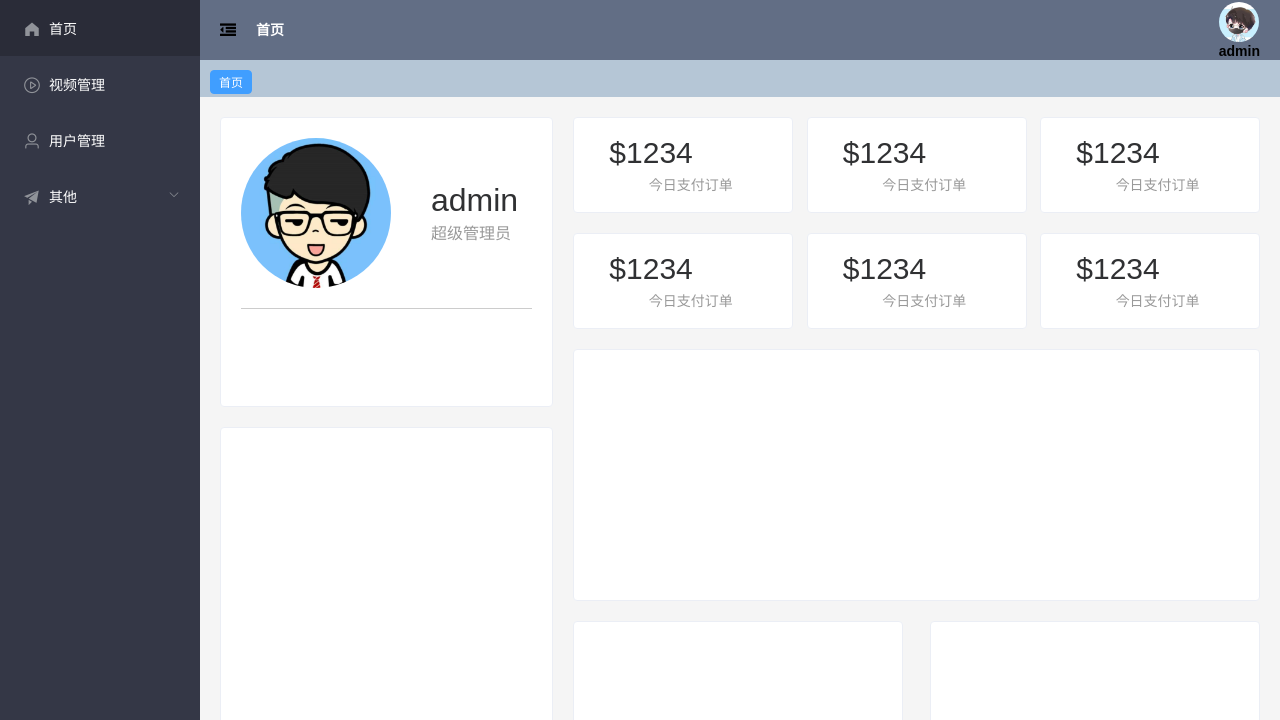
Repository: coWhy/vue-manage
Page: /
The author's editor kept a copy of each file at every save. The page is drawn from the files as they stood at one save, then again after the next save.
The browser window is 1280 px wide. The pictures show the whole page.
An inner scrolling area shows only its first screen. The project was rebuilt for these pictures with package versions that can differ from the ones it lists, and the page was loaded fresh each time. Also part of the build but not shown: vue.config.js.

Above is the page before, as saved 2020-04-13 23:26:04.

### src/main.js
import Vue from 'vue'
import App from './App.vue'
import router from './router'
import store from './store'
// 全局配置样式
import '@/assets/scss/reset.scss'
import '@/assets/font-awesome-4.7.0/css/font-awesome.css'
// 第三方包
import ElementUI from 'element-ui'
import 'element-ui/lib/theme-chalk/index.css'
// 自定义全局插件
import http from '@/plugins/http' // 自定义全局axios
// 引入Mock 主要是用于前端模拟使用 使用时 记得注释掉
import './mock'

Vue.config.productionTip = false
Vue.use(http)
console.log(
  `当前所处开发环境:【${process.env.NODE_ENV}】| 路由为: 【${process.env.VUE_APP_URL}】`
)
Vue.use(ElementUI)
new Vue({
  router,
  store,
  render: h => h(App)
}).$mount('#app')

### src/App.vue
<template>
  <div id="app">
    <router-view />
  </div>
</template>

<style lang="scss">
#app {
  // color: $theme-color;
  height: 100vh;
}
</style>

### src/router/index.js
import Vue from 'vue'
import VueRouter from 'vue-router'
//
const originalPush = VueRouter.prototype.push
VueRouter.prototype.push = function push(location) {
  return originalPush.call(this, location).catch(err => err)
}
Vue.use(VueRouter)

const routes = [
  {
    path: '/',
    component: () => import('@/views/layout/index'),
    children: [
      {
        path: '/',
        name: 'home',
        component: () => import('@/views/home/index')
      },
      {
        path: '/video',
        name: 'video',
        component: () => import('@/views/video/index')
      },
      {
        path: '/user',
        name: 'user',
        component: () => import('@/views/user/index')
      },
      {
        path: '/page1',
        name: 'page1',
        component: () => import('@/views/other/page1')
      },
      {
        path: '/page2',
        name: 'page2',
        component: () => import('@/views/other/page2')
      }
    ]
  }
]

const router = new VueRouter({
  routes
})

export default router

### src/store/index.js
import Vue from 'vue'
import Vuex from 'vuex'
import tag from './modules/tag'
Vue.use(Vuex)

export default new Vuex.Store({
  state: {},
  mutations: {},
  actions: {},
  modules: {
    tag
  }
})

### src/plugins/http.js
// 自定义开发插件
import axios from 'axios'

const MyHttpServer = {}

MyHttpServer.install = Vue => {
  // 基准地址
  // axios.defaults.baseURL = process.env.VUE_APP_URL
  const service = axios.create({
    baseURL: process.env.VUE_APP_URL, //请求基础url
    timeout: 3000 //  请求超时时间
  })
  // 添加请求拦截器 token拦截
  service.interceptors.request.use(
    config => {
      return config
    },
    err => {
      console.log(err)
    }
  )
  // 响应拦截器
  service.interceptors.response.use(
    response => {
      let res = {}
      //  此处对不同状态码 进行不同的操作 比如404 跳转页面等
      res.status = response.status
      res.data = response.data
      return res
    },
    err => {
      console.log(err)
    }
  )
  Vue.prototype.$http = axios
}
export default MyHttpServer

### src/mock/index.js
import Mock from 'mockjs'
import homeApi from './home'
Mock.setup({
  timeout: '200-2000' // 设置延时 [200 - 2000ms]
})
// 首页相关
// 拦截 /home/getData
Mock.mock('/home/getData', 'get', homeApi.getHomeData) // /\/home\/getData/.

### src/assets/scss/_variable.scss
// 全局配置样式 修改主题颜色
$theme-color: #33aef0;

### src/views/layout/index.vue
<template>
  <el-container class="container">
    <!-- 左侧菜单栏 -->
    <el-aside width="auto">
      <common-aside></common-aside>
    </el-aside>
    <el-container>
      <!-- 头部 -->
      <el-header class="header">
        <common-header></common-header>
      </el-header>
      <!-- Tab标签 -->
      <common-tag class="tag"></common-tag>
      <!-- 主体 -->
      <el-main>
        <router-view></router-view>
      </el-main>
    </el-container>
  </el-container>
</template>

<script>
import CommonAside from './components/aside/index'
import CommonHeader from './components/header/index'
import CommonTag from './components/tag/index'
export default {
  components: {
    CommonAside,
    CommonHeader,
    CommonTag
  }
}
</script>

<style lang="scss" scoped>
.container {
  height: 100%;
}
.header {
  background-color: #626e85; // 头部背景色
  width: 100%;
}
.main {
  padding-top: 0;
}
</style>

### src/views/home/index.vue
<template>
  <el-row class="home" :gutter="20">
    <!-- 左侧 -->
    <el-col :span="8">
      <!-- 用户信息描述 -->
      <el-card shadow="hover" style="height:290px">
        <!-- 头像部分 -->
        <div class="user">
          <img :src="userInfo.avatar" />
          <div class="userinfo">
            <p class="name">{{ userInfo.username }}</p>
            <p class="access">{{ userInfo.access }}</p>
          </div>
        </div>
        <!-- 登录后的相关信息描述 如ip 等-->
        <div class="login-info"></div>
      </el-card>
      <el-card shadow="hover" style="height:438px;margin-top:20px"> </el-card>
    </el-col>
    <!-- 右侧 -->
    <el-col :span="16">
      <!-- 顶部  -->
      <div class="num">
        <el-card shadow="hover" v-for="item in 6" :key="item">
          <!-- 图标部分 -->
          <i class="icon"></i>
          <!-- 详情部分  -->
          <div class="detail">
            <p class="num">$1234</p>
            <p class="txt">今日支付订单</p>
          </div>
        </el-card>
      </div>
      <!-- 底部 -->
      <el-card shadow="hover">
        <!-- 图表 -->
        <div style="height:210px"></div>
      </el-card>
      <div class="graph">
        <el-card shadow="hover">
          <div style="height:200px"></div>
        </el-card>
        <el-card shadow="hover">
          <div style="height:200px"></div>
        </el-card>
      </div>
    </el-col>
  </el-row>
</template>

<script>
export default {
  data() {
    return {
      // 用户信息
      userInfo: {
        username: 'admin', // 用户名
        avatar: require('@/assets/images/user.png'), // 用户头像
        access: '超级管理员' // 登录权限
      }
    }
  },
  methods: {
    async getVideoData() {
      const res = await this.$http.get('/home/getData')
      console.log(res)
    }
  },
  created() {
    this.getVideoData()
  }
}
</script>

<style lang="scss" scoped>
@import '~@/assets/scss/home';
</style>

### src/store/modules/tag.js
export default {
  state: {
    isCollapse: false, // 左侧菜单栏是否折叠
    curMenu: null, // 点击选中的菜单
    menuList: [], // 全部菜单
    tagList: [
      // 首页是不可关闭的
      {
        path: '/',
        name: 'home',
        title: '首页',
        icon: 'el-icon-s-home'
      }
    ] // 存放tags 点击后 就存到里面去
  },
  mutations: {
    // 点击 菜单之后 对应的tab 标签也要 进入 tabList 进行存放
    // 首页 不加入tabList
    getMenu(state, selectedMenu) {
      if (selectedMenu.name !== 'home') {
        state.curMenu = selectedMenu
        let result = state.tagList.findIndex(
          item => item.name === selectedMenu.name
        )
        if (result === -1) {
          // 没找到这个tag 就放进tagList
          state.tagList.push(selectedMenu)
        }
      } else {
        state.curMenu = null
      }
    },
    // 关闭选中的tag
    closeTag(state, selectedTag) {
      // if (selectedTag.name !== 'home') {
      // }
      // 找到tag的索引 进行删除
      let result = state.tagList.findIndex(
        item => item.name === selectedTag.name
      )
      state.tagList.splice(result, 1)
    },
    // 折叠左侧菜单栏
    collapseAsideMenu(state) {
      state.isCollapse = !state.isCollapse
    }
  },
  actions: {},
  modules: {}
}

### src/mock/home.js
import Mock from 'mockjs'
export default {
  getHomeData: () => {
    return {
      code: 20000,
      data: [
        {
          name: 'SpringBoot',
          value: Mock.Random.float(1000, 10000, 0, 2)
        },
        {
          name: 'SpringBoot',
          value: Mock.Random.float(1000, 10000, 0, 2)
        },
        {
          name: 'React',
          value: Mock.Random.float(1000, 10000, 0, 2)
        },
        {
          name: 'Vue',
          value: Mock.Random.float(1000, 10000, 0, 2)
        },
        {
          name: '微信小程序',
          value: Mock.Random.float(1000, 10000, 0, 2)
        },
        {
          name: 'Es6',
          value: Mock.Random.float(1000, 10000, 0, 2)
        },
        {
          name: 'Java',
          value: Mock.Random.float(1000, 10000, 0, 2)
        }
      ]
    }
  }
}

### src/views/layout/components/aside/index.vue
<template>
  <el-menu
    default-active="2"
    class="el-menu-vertical-demo"
    :background-color="asideSetting.bgColor"
    :text-color="asideSetting.texteColor"
    :active-text-color="asideSetting.activeTextColor"
    :collapse="isCollapse"
  >
    <!-- 这是没有子级菜单的
    handleClickMenu(item) 将选中的菜单元素存入store中的menu 用于tab使用
    由于 分两种情况 所以 下面两种 都需要加上handleClickMenu 事件
    v-for="item in noChildrenList" 遍历元素列表
    :index="item.path"  路由相关
    :key="item.title" 索引 避免重复
    -->
    <!-- noChildrenList -->
    <el-menu-item
      :index="item.path"
      v-for="item in noChildrenList"
      :key="item.title"
      @click="handleClickMenu(item)"
    >
      <i :class="item.icon"></i>
      <span slot="title">{{ item.title }}</span>
    </el-menu-item>
    <!-- hasChildrenList -->
    <el-submenu
      :index="item.title"
      v-for="item in hasChildrenList"
      :key="item.title"
    >
      <template slot="title">
        <i :class="item.icon"></i>
        <span slot="title">{{ item.title }}</span>
      </template>
      <el-menu-item-group>
        <el-menu-item
          :index="subItem.path"
          v-for="subItem in item.children"
          :key="subItem.title"
          @click="handleClickMenu(subItem)"
        >
          <i :class="subItem.icon"></i>
          <span slot="title">{{ subItem.title }}</span>
        </el-menu-item>
      </el-menu-item-group>
    </el-submenu>
  </el-menu>
</template>

<script>
export default {
  computed: {
    noChildrenList() {
      // asideMenuList 没有 子级菜单
      return this.asideMenuList.filter(item => !item.children)
    },
    hasChildrenList() {
      // asideMenuList 有 子级菜单
      return this.asideMenuList.filter(item => item.children)
    },
    // 取出vuex中的是否折叠isCollapse
    isCollapse() {
      return this.$store.state.tag.isCollapse
    }
  },
  data() {
    return {
      asideSetting: {
        bgColor: '#343746', // 侧边栏背景颜色
        activeTextColor: '#4ffffb', // 选中字体的颜色
        texteColor: '#fff' // 默认字体颜色
      },
      //侧边栏菜单列表
      asideMenuList: [
        {
          path: '/',
          name: 'home',
          title: '首页',
          icon: 'el-icon-s-home'
        },
        {
          path: '/video',
          name: 'video',
          title: '视频管理',
          icon: 'el-icon-video-play'
        },
        {
          path: '/user',
          name: 'user',
          title: '用户管理',
          icon: 'el-icon-user'
        },
        {
          title: '其他',
          icon: 'el-icon-s-promotion',
          children: [
            {
              path: '/page1',
              name: 'page1',
              title: '页面1',
              icon: 'el-icon-setting'
            },
            {
              path: '/page2',
              name: 'page2',
              title: '页面2',
              icon: 'el-icon-setting'
            }
          ]
        }
      ]
    }
  },
  methods: {
    // 选中菜单 传入store
    handleClickMenu(item) {
      // 跳转到指定的页面
      this.$router.push({ name: item.name })
      this.$store.commit('getMenu', item)
    }
  }
}
</script>

<style lang="scss" scoped>
.el-menu {
  // 菜单占满容器
  height: 100%;
  border: none;
}
// 折叠样式
.el-menu-vertical-demo:not(.el-menu--collapse) {
  width: 200px;
  min-height: 400px;
}
</style>

### src/views/layout/components/header/index.vue
<template>
  <header class="header">
    <div class="l-content">
      <!-- 折叠标签 可以折叠左侧菜单栏 折叠：fa fa-outdent 展开： fa fa-indent -->
      <i
        :class="
          $store.state.tag.isCollapse === true
            ? 'fa fa-indent'
            : 'fa fa-outdent '
        "
        aria-hidden="true"
        @click="collapseAsideMenu()"
      ></i>
      <!-- 面包屑导航 -->
      <el-breadcrumb separator="/">
        <!-- 默认保留一个 首页 -->
        <el-breadcrumb-item :to="{ path: '/' }">首页</el-breadcrumb-item>
        <!-- curMenu 不为null的时候才渲染出来 -->
        <el-breadcrumb-item :to="curMenu.path" v-if="curMenu">
          {{ curMenu.title }}
        </el-breadcrumb-item>
      </el-breadcrumb>
    </div>
    <!-- 用户部分 头像 下拉菜单 等 -->
    <div class="r-content">
      <el-dropdown trigger="click" size="mini">
        <span class="el-dropdown-link">
          <!-- 用户头像 和 用户名 动态获取 -->
          <img :src="userInfo.avatar" class="avatar" />
          <span class="name">{{ userInfo.username }}</span>
        </span>
        <el-dropdown-menu slot="dropdown">
          <el-dropdown-item>个人中心</el-dropdown-item>
          <el-dropdown-item>退出登录</el-dropdown-item>
        </el-dropdown-menu>
      </el-dropdown>
    </div>
  </header>
</template>

<script>
import { mapState } from 'vuex'
export default {
  computed: {
    ...mapState({
      curMenu: state => state.tag.curMenu // 选中的菜单对象
    })
  },
  data() {
    return {
      // 用户信息
      userInfo: {
        username: 'admin', // 用户名
        avatar: require('@/assets/images/user.jpg') // 用户头像
      }
    }
  },
  methods: {
    // 折叠左侧菜单栏
    collapseAsideMenu() {
      this.$store.commit('collapseAsideMenu')
    }
  }
}
</script>

<style lang="scss" scoped>
.header {
  display: flex;
  height: 100%;
  align-items: center;
  justify-content: space-between;
}
.l-content {
  // width: 380;
  display: flex;
  align-items: center;
  i {
    margin-right: 20px;
  }
  justify-content: space-between;
}
.r-content {
  .avatar {
    width: 40px;
    height: 40px;
    border-radius: 50%;
  }
  .name {
    display: flex;
    height: 100%;
    color: black;
    font-weight: bolder;
    align-items: center;
  }
}
</style>
<style lang="scss">
.el-breadcrumb__item {
  .el-breadcrumb__inner {
    color: #b9d0fb;
    font-weight: normal;
  }
  &:last-child {
    .el-breadcrumb__inner {
      color: #ffffff;
      font-weight: bolder;
    }
  }
}
</style>

### src/views/layout/components/tag/index.vue
<template>
  <div class="tags">
    <!--  tabs标签
  不是首页才可以关闭
  选中tag颜色变化 :effect="$route.name === tag.name ? 'dark' : 'plain'"
  -->
    <el-tag
      size="small"
      :key="tag.name"
      v-for="tag in tagList"
      :closable="tag.name !== 'home'"
      :disable-transitions="false"
      @close="handleClose(tag)"
      @click="changeMenu(tag)"
      :effect="$route.name === tag.name ? 'dark' : 'plain'"
    >
      {{ tag.title }}
    </el-tag>
  </div>
</template>

<script>
import { mapState, mapMutations } from 'vuex'
export default {
  computed: {
    ...mapState({
      tagList: state => state.tag.tagList
    })
  },
  data() {
    return {}
  },
  methods: {
    ...mapMutations({
      closeTag: 'closeTag'
    }),
    // 关闭tag
    handleClose(tag) {
      this.closeTag(tag)
    },
    changeMenu(tag) {
      this.$store.commit('getMenu', tag)
      this.$router.push({ name: tag.name })
    }
  }
}
</script>

<style lang="scss" scoped>
.tags {
  background-color: #b5c6d6;
  position: relative;
  height: 42px;
  border: none;
  overflow: hidden;
  padding: 10px;
  .el-tag {
    padding-top: 1px;
    padding-bottom: 1px;
    margin-right: 15px;
    cursor: pointer;
  }
}
</style>

### src/assets/scss/home.scss
.home {
  .user {
    display: flex;
    align-items: center;
    padding-bottom: 20px;
    margin-bottom: 20px;
    border-bottom: 1px solid #ccc;
    img {
      width: 150px;
      height: 150px;
      border-radius: 50%;
      margin-right: 40px;
    }
    &info {
      .name {
        font-size: 32px;
        margin-bottom: 10px;
      }
      .access {
        color: #999999;
      }
    }
  }
  .login-info {
    p {
      line-height: 28px;
      font-size: 14px;
      color: #999999;
      span {
        color: #666666;
        margin-left: 60px;
      }
    }
  }
  .num {
    display: flex;
    flex-wrap: wrap;
    justify-content: space-between;
    .el-card {
      width: 32%;
      margin-bottom: 20px;
    }
    .icon {
      font-size: 30px;
      width: 80px;
      height: 80px;
      text-align: center;
      line-height: 80px;
      color: #fff;
    }
    .detail {
      margin-left: 15px;
      display: flex;
      flex-direction: column;
      justify-content: center;
      .num {
        font-size: 30px;
        margin-bottom: 10px;
      }
      .txt {
        font-size: 14px;
        text-align: center;
        color: #999999;
      }
    }
  }
  .graph {
    margin-top: 20px;
    display: flex;
    justify-content: space-between;
    .el-card {
      width: 48%;
    }
  }
}

Loaded but not shown: public/index.html (common file); src/assets/scss/reset.scss (common file); src/assets/font-awesome-4.7.0/css/font-awesome.css (library)

After the next save:
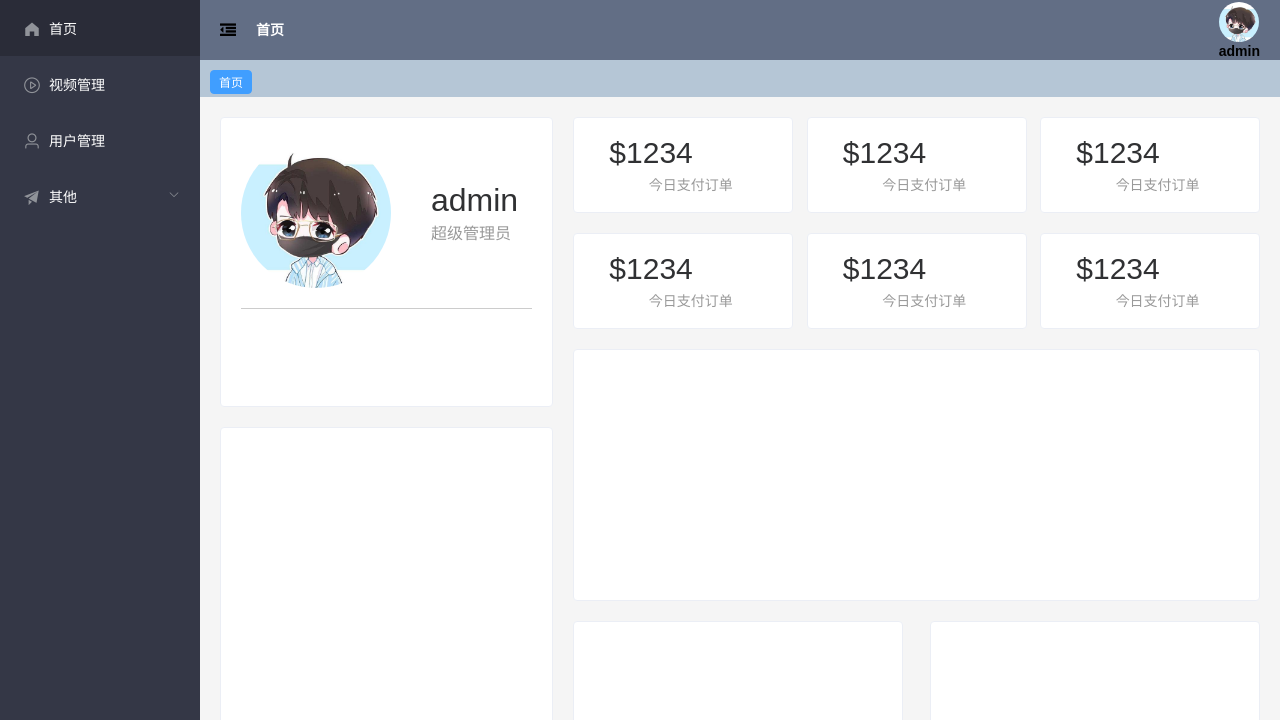
Saved 5 s later.
--- a/src/views/home/index.vue
+++ b/src/views/home/index.vue
@@ -55,7 +55,7 @@ export default {
       // 用户信息
       userInfo: {
         username: 'admin', // 用户名
-        avatar: require('@/assets/images/user.png'), // 用户头像
+        avatar: require('@/assets/images/user.jpg'), // 用户头像
         access: '超级管理员' // 登录权限
       }
     }
